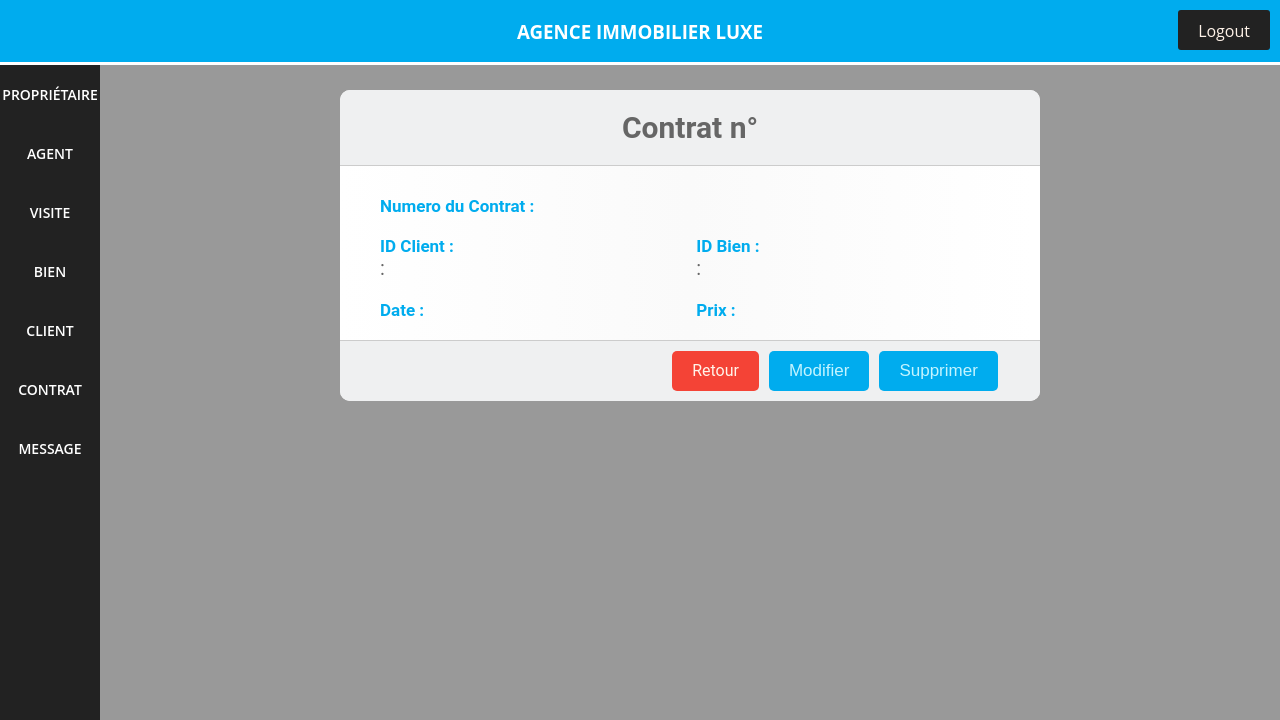
Repository: hassen-mnejja/Real_Estate_Agency_Website
Page: http://localhost/backoffice/WEB-INF/contratdescriptif.jsp
The author's editor kept a copy of each file at every save. The page is drawn from the files as they stood at one save, then again after the next save.
The browser window is 1280 px wide. The pictures show the whole page.
After loading, the first visible `#mod` was clicked once.
Some icons come from a web library that is not loaded, so they are not drawn. The page is served by Tomcat 9. Nobody is signed in. The template is opened directly, without the code that normally fills it, so the values that code supplies are empty.

Above is the page before, as saved 2020-06-22 23:00:10.
Console error: TypeError: input.length is not a function

After the next save:
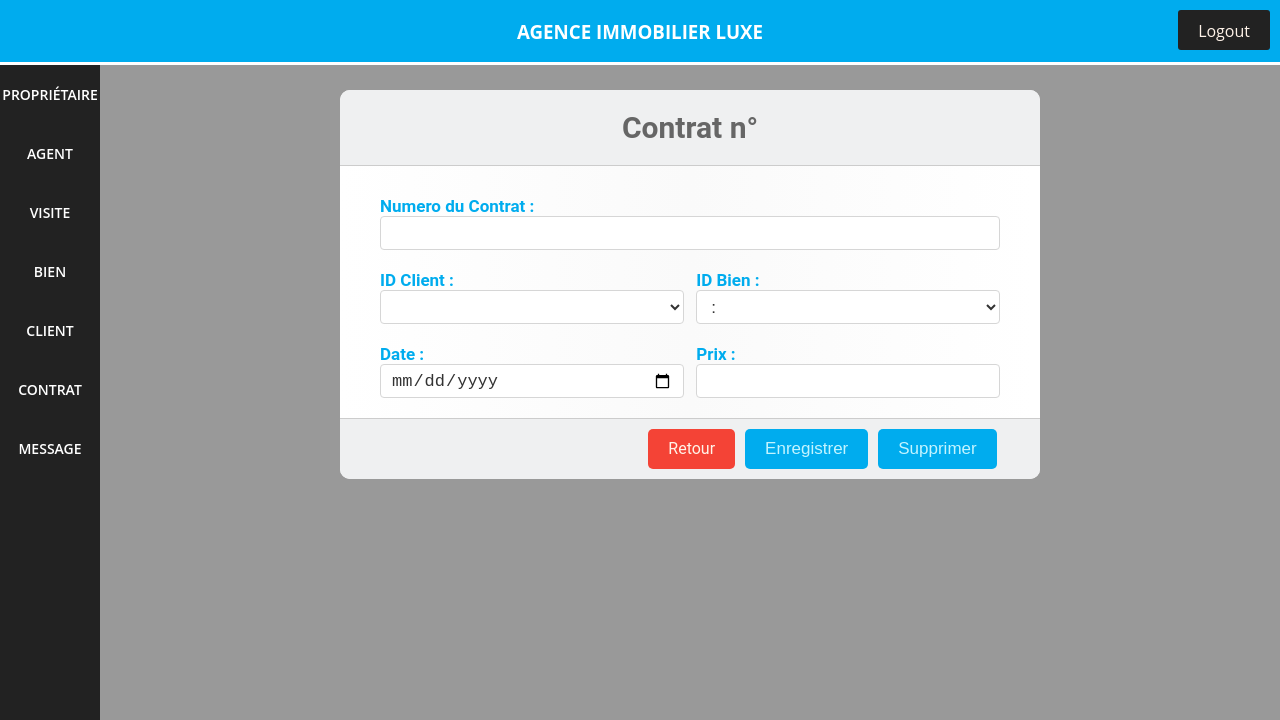
The error is gone.
Saved 55 s later.
--- a/backoffice/WebContent/WEB-INF/contratdescriptif.jsp
+++ b/backoffice/WebContent/WEB-INF/contratdescriptif.jsp
@@ -104,7 +104,7 @@
 		function fonction1() {
 			alert(3);
 			input=["prix","date","idclient","idbien","numcontrat"];
-			for (var i = 1; i < input.length(); i++) {
+			for (var i = 0; i < input.length; i++) {
 				alert(i);
 				document.getElementById(input[i]).style.display = "block";
 				document.getElementById("af" + input[i]).style.display = "none";
